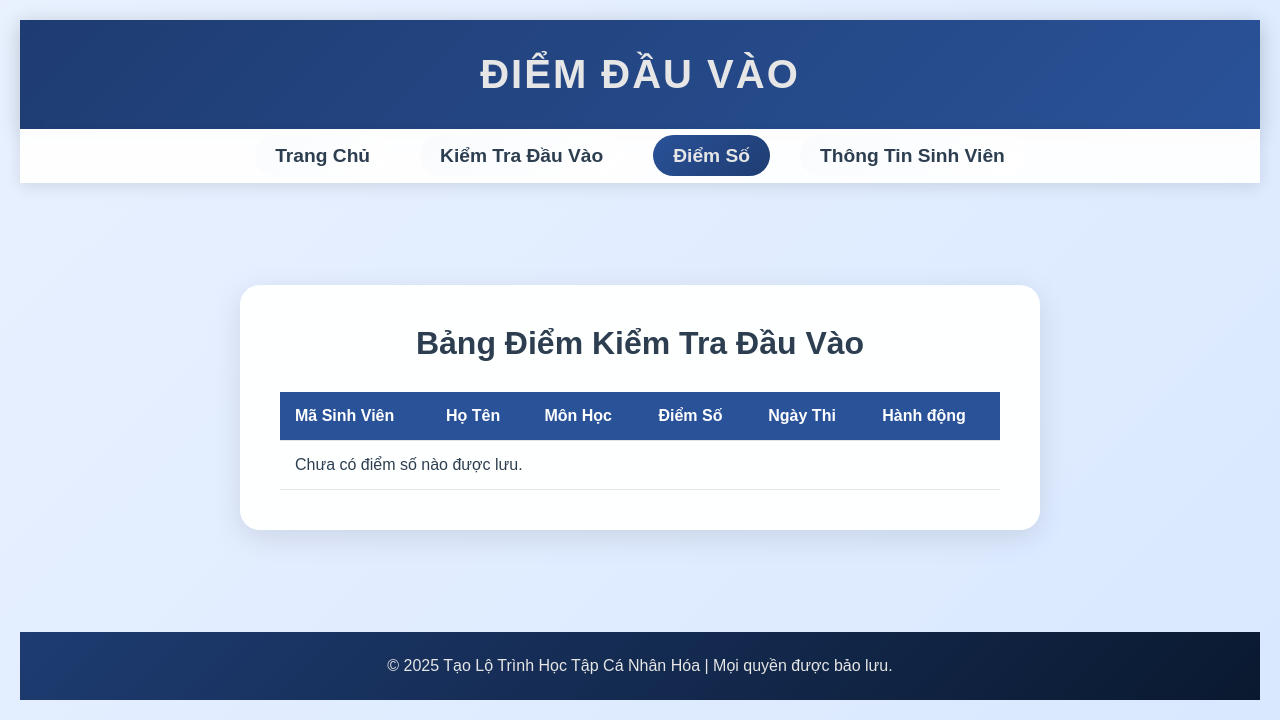
Repository: quankenda73/Prject_Final
Page: INDEX/diemdauvao.html
These files come from the project's save history. The page is drawn as it stood at one moment and after the next save; the edit follows.
The browser window is 1280 px wide. The pictures show the whole page.
The page's requests for data from a server got no answer.

Above is the page before, as saved 2025-03-24 15:34:14.

### INDEX/diemdauvao.html
<!DOCTYPE html>
<html lang="vi">
<head>
    <meta charset="UTF-8">
    <meta name="viewport" content="width=device-width, initial-scale=1.0">
    <title>Điểm Đầu Vào</title>
    <link rel="stylesheet" href="https://cdnjs.cloudflare.com/ajax/libs/font-awesome/6.0.0-beta3/css/all.min.css">
    <style>
        /* Giữ nguyên toàn bộ CSS của bạn */
        * { margin: 0; padding: 0; box-sizing: border-box; font-family: 'Poppins', sans-serif; }
        body { min-height: 100vh; background: linear-gradient(135deg, #e9f1ff, #d9e8ff); display: flex; flex-direction: column; padding: 20px; }
        header { background: linear-gradient(135deg, #1e3c72, #2a5298); color: #e6e6e6; padding: 2rem 0; text-align: center; box-shadow: 0 4px 20px rgba(0, 0, 0, 0.2); }
        header h1 { font-size: 2.5rem; text-transform: uppercase; letter-spacing: 2px; }
        nav { background: rgba(255, 255, 255, 0.95); padding: 1rem 0; box-shadow: 0 4px 15px rgba(0, 0, 0, 0.1); text-align: center; }
        .nav-list { list-style: none; display: flex; justify-content: center; gap: 30px; }
        .nav-list li a { color: #2c3e50; text-decoration: none; font-weight: 600; font-size: 1.2rem; padding: 10px 20px; border-radius: 25px; transition: all 0.3s ease; background: linear-gradient(135deg, #f9fbfd, #ffffff); }
        .nav-list li a:hover, .nav-list li a.active { background: linear-gradient(135deg, #2a5298, #1e3c72); color: #e6e6e6; }
        main { flex: 1; display: flex; justify-content: center; align-items: center; padding: 40px 20px; }
        .scores-container { width: 100%; max-width: 800px; background: rgba(255, 255, 255, 0.98); padding: 40px; border-radius: 20px; box-shadow: 0 8px 30px rgba(0, 0, 0, 0.1); }
        h2 { color: #2c3e50; font-size: 2rem; text-align: center; margin-bottom: 30px; }
        table { width: 100%; border-collapse: collapse; margin-top: 20px; }
        th, td { padding: 15px; text-align: left; border-bottom: 1px solid #dfe6e9; }
        th { background: #2a5298; color: white; font-weight: 600; }
        td { color: #2c3e50; }
        tr:nth-child(even) { background: #f8fafc; }
        tr:hover { background: #e6f0fa; }
        .delete-icon { color: #e74c3c; cursor: pointer; font-size: 1.2rem; transition: transform 0.3s ease, color 0.3s ease; }
        .delete-icon:hover { color: #c0392b; transform: scale(1.2); }
        footer { text-align: center; padding: 25px 0; background: linear-gradient(135deg, #1e3c72, #0a192f); color: #e6e6e6; }
        @media (max-width: 768px) { .scores-container { padding: 25px; } h2 { font-size: 1.8rem; } th, td { padding: 10px; font-size: 0.9rem; } }
    </style>
</head>
<body>
<header>
    <h1>Điểm Đầu Vào</h1>
</header>
<nav>
    <ul class="nav-list">
        <li><a href="/home">Trang Chủ</a></li>
        <li><a href="/input-test">Kiểm Tra Đầu Vào</a></li>
        <li><a href="/diemdauvao" class="active">Điểm Số</a></li>
        <li><a href="/student-info">Thông Tin Sinh Viên</a></li>
    </ul>
</nav>
<main>
    <div class="scores-container">
        <h2>Bảng Điểm Kiểm Tra Đầu Vào</h2>
        <table id="scoresTable">
            <thead>
                <tr>
                    <th>Mã Sinh Viên</th>
                    <th>Họ Tên</th>
                    <th>Môn Học</th>
                    <th>Điểm Số</th>
                    <th>Ngày Thi</th>
                    <th>Hành động</th>
                </tr>
            </thead>
            <tbody id="scoresBody"></tbody>
        </table>
    </div>
</main>
<footer>
    <p>© 2025 Tạo Lộ Trình Học Tập Cá Nhân Hóa | Mọi quyền được bảo lưu.</p>
</footer>

<script>
document.addEventListener("DOMContentLoaded", async function() {
    const urlParams = new URLSearchParams(window.location.search);
    let studentId = urlParams.get('studentId');
    const tbody = document.querySelector('#scoresBody');

    let currentStudent;
    try {
        currentStudent = JSON.parse(localStorage.getItem('currentStudent'));
    } catch (error) {
        console.error('Error parsing currentStudent from localStorage:', error);
    }

    if (!studentId && currentStudent) {
        studentId = currentStudent.studentId;
    }

    let allScores;
    try {
        allScores = JSON.parse(localStorage.getItem('allScores')) || {};
    } catch (error) {
        console.error('Error parsing allScores from localStorage:', error);
        allScores = {};
    }

    if (studentId && !Array.isArray(allScores[studentId])) {
        allScores[studentId] = [];
    }

    async function displayScores(selectedStudentId = null) {
        tbody.innerHTML = '<tr><td colspan="6">Đang tải dữ liệu...</td></tr>';

        try {
            const response = await fetch(`http://localhost:3000/api/scores${selectedStudentId ? `?studentId=${selectedStudentId}` : ''}`, {
                method: 'GET',
                headers: { 'Content-Type': 'application/json' }
            });

            if (!response.ok) throw new Error('Không thể lấy điểm từ server');

            const data = await response.json();
            const scores = data.scores;

            if (scores && scores.length > 0) {
                scores.forEach(serverScore => {
                    if (!allScores[serverScore.studentId]) {
                        allScores[serverScore.studentId] = [];
                    }
                    const existingScore = allScores[serverScore.studentId].find(s => s._id === serverScore._id);
                    if (!existingScore) {
                        allScores[serverScore.studentId].push(serverScore);
                    }
                });
                localStorage.setItem('allScores', JSON.stringify(allScores));
            }
        } catch (error) {
            console.error('Lỗi khi lấy từ server:', error);
            // Nếu không có server, tiếp tục dùng dữ liệu từ localStorage
        }

        // Thêm latestScore vào allScores nếu có
        try {
            const latestScore = JSON.parse(localStorage.getItem('latestScore'));
            if (latestScore) {
                const sid = latestScore.studentId;
                if (!allScores[sid]) {
                    allScores[sid] = [];
                }
                const existingScore = allScores[sid].find(score => score.date === latestScore.date && score.subject === latestScore.subject);
                if (!existingScore) {
                    latestScore._id = latestScore._id || 'local_' + Date.now();
                    allScores[sid].push(latestScore);
                    localStorage.setItem('allScores', JSON.stringify(allScores));
                }
                // Chỉ xóa latestScore sau khi chắc chắn nó đã được lưu vào allScores
                localStorage.removeItem('latestScore');
            }
        } catch (error) {
            console.error('Error handling latestScore from localStorage:', error);
        }

        // Hiển thị điểm số
        tbody.innerHTML = '';
        if (selectedStudentId) {
            const filteredScores = allScores[selectedStudentId] || [];
            displayStudentScores(filteredScores, selectedStudentId);
        } else {
            let hasData = false;
            for (const sid in allScores) {
                if (allScores[sid].length > 0) {
                    displayStudentScores(allScores[sid], sid);
                    hasData = true;
                }
            }
            if (!hasData) {
                tbody.innerHTML = '<tr><td colspan="6">Chưa có điểm số nào được lưu.</td></tr>';
            }
        }
    }

    function displayStudentScores(scores, studentId) {
        const subjectMap = { 'math': 'Toán', 'literature': 'Ngữ Văn', 'physics': 'Vật Lý', 'english': 'Tiếng Anh', 'chemistry': 'Hóa Học' };
        scores.forEach(score => {
            const row = document.createElement('tr');
            row.innerHTML = `
                <td>${score.studentId}</td>
                <td>${score.name}</td>
                <td>${subjectMap[score.subject] || score.subject}</td>
                <td>${score.score}</td>
                <td>${score.date}</td>
                <td>
                    <i class="fas fa-trash-alt delete-icon" title="Xóa" data-id="${score._id}" data-student-id="${studentId}"></i>
                </td>
            `;
            tbody.appendChild(row);

            row.querySelector('.delete-icon').addEventListener('click', () => deleteScore(score._id, studentId));
        });
    }

    async function deleteScore(scoreId, studentId) {
        if (confirm("Bạn có chắc chắn muốn xóa điểm số này không?")) {
            try {
                const response = await fetch(`http://localhost:3000/api/scores/${scoreId}`, {
                    method: 'DELETE',
                    headers: { 'Content-Type': 'application/json' }
                });

                if (!response.ok) throw new Error('Không thể xóa điểm số từ server');

                const result = await response.json();
                alert(result.message);
            } catch (error) {
                console.error('Lỗi khi xóa từ server:', error);
            } finally {
                allScores[studentId] = allScores[studentId].filter(score => score._id !== scoreId);
                localStorage.setItem('allScores', JSON.stringify(allScores));
                displayScores(studentId);
            }
        }
    }

    // Gọi hàm hiển thị điểm số khi tải trang
    displayScores(studentId || null);
});
</script>
</body>
</html>

After the next save:
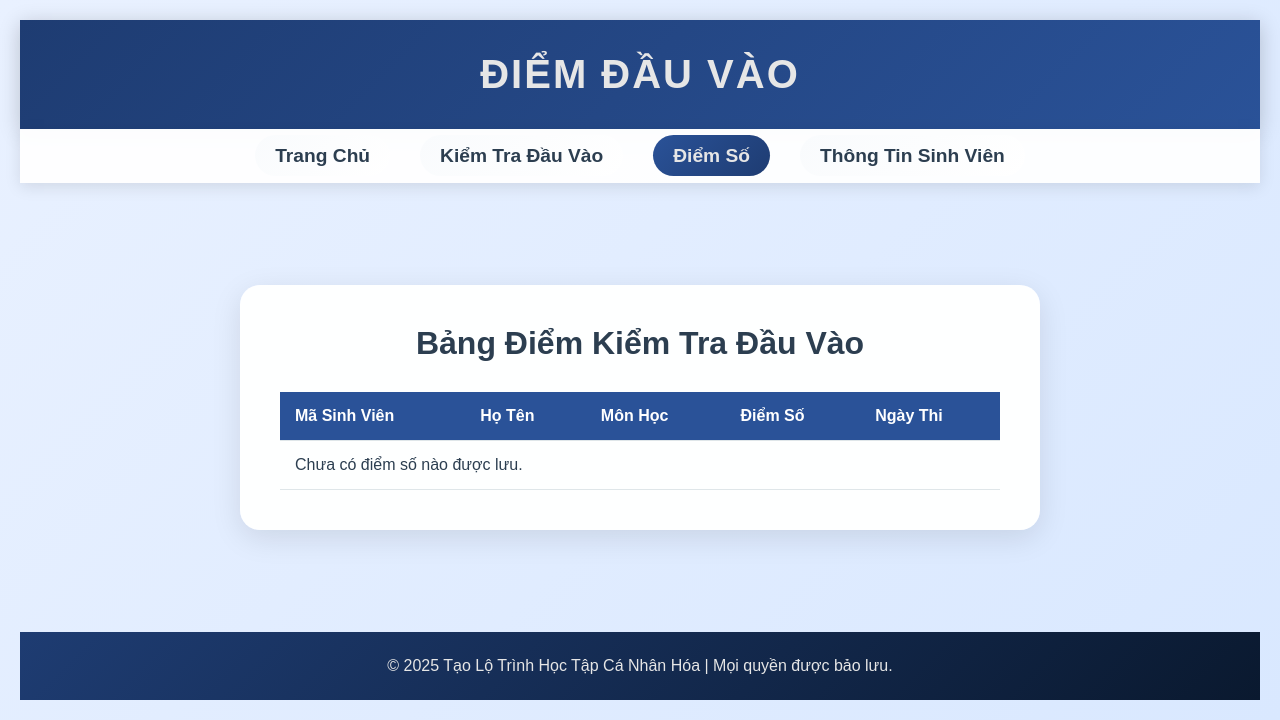
Saved 5 min 29 s later.
--- a/INDEX/diemdauvao.html
+++ b/INDEX/diemdauvao.html
@@ -6,7 +6,6 @@
     <title>Điểm Đầu Vào</title>
     <link rel="stylesheet" href="https://cdnjs.cloudflare.com/ajax/libs/font-awesome/6.0.0-beta3/css/all.min.css">
     <style>
-        /* Giữ nguyên toàn bộ CSS của bạn */
         * { margin: 0; padding: 0; box-sizing: border-box; font-family: 'Poppins', sans-serif; }
         body { min-height: 100vh; background: linear-gradient(135deg, #e9f1ff, #d9e8ff); display: flex; flex-direction: column; padding: 20px; }
         header { background: linear-gradient(135deg, #1e3c72, #2a5298); color: #e6e6e6; padding: 2rem 0; text-align: center; box-shadow: 0 4px 20px rgba(0, 0, 0, 0.2); }
@@ -24,8 +23,6 @@
         td { color: #2c3e50; }
         tr:nth-child(even) { background: #f8fafc; }
         tr:hover { background: #e6f0fa; }
-        .delete-icon { color: #e74c3c; cursor: pointer; font-size: 1.2rem; transition: transform 0.3s ease, color 0.3s ease; }
-        .delete-icon:hover { color: #c0392b; transform: scale(1.2); }
         footer { text-align: center; padding: 25px 0; background: linear-gradient(135deg, #1e3c72, #0a192f); color: #e6e6e6; }
         @media (max-width: 768px) { .scores-container { padding: 25px; } h2 { font-size: 1.8rem; } th, td { padding: 10px; font-size: 0.9rem; } }
     </style>
@@ -53,7 +50,6 @@
                     <th>Môn Học</th>
                     <th>Điểm Số</th>
                     <th>Ngày Thi</th>
-                    <th>Hành động</th>
                 </tr>
             </thead>
             <tbody id="scoresBody"></tbody>
@@ -94,7 +90,7 @@ document.addEventListener("DOMContentLoaded", async function() {
     }
 
     async function displayScores(selectedStudentId = null) {
-        tbody.innerHTML = '<tr><td colspan="6">Đang tải dữ liệu...</td></tr>';
+        tbody.innerHTML = '<tr><td colspan="5">Đang tải dữ liệu...</td></tr>';
 
         try {
             const response = await fetch(`http://localhost:3000/api/scores${selectedStudentId ? `?studentId=${selectedStudentId}` : ''}`, {
@@ -159,7 +155,7 @@ document.addEventListener("DOMContentLoaded", async function() {
                 }
             }
             if (!hasData) {
-                tbody.innerHTML = '<tr><td colspan="6">Chưa có điểm số nào được lưu.</td></tr>';
+                tbody.innerHTML = '<tr><td colspan="5">Chưa có điểm số nào được lưu.</td></tr>';
             }
         }
     }
@@ -174,36 +170,9 @@ document.addEventListener("DOMContentLoaded", async function() {
                 <td>${subjectMap[score.subject] || score.subject}</td>
                 <td>${score.score}</td>
                 <td>${score.date}</td>
-                <td>
-                    <i class="fas fa-trash-alt delete-icon" title="Xóa" data-id="${score._id}" data-student-id="${studentId}"></i>
-                </td>
             `;
             tbody.appendChild(row);
-
-            row.querySelector('.delete-icon').addEventListener('click', () => deleteScore(score._id, studentId));
         });
-    }
-
-    async function deleteScore(scoreId, studentId) {
-        if (confirm("Bạn có chắc chắn muốn xóa điểm số này không?")) {
-            try {
-                const response = await fetch(`http://localhost:3000/api/scores/${scoreId}`, {
-                    method: 'DELETE',
-                    headers: { 'Content-Type': 'application/json' }
-                });
-
-                if (!response.ok) throw new Error('Không thể xóa điểm số từ server');
-
-                const result = await response.json();
-                alert(result.message);
-            } catch (error) {
-                console.error('Lỗi khi xóa từ server:', error);
-            } finally {
-                allScores[studentId] = allScores[studentId].filter(score => score._id !== scoreId);
-                localStorage.setItem('allScores', JSON.stringify(allScores));
-                displayScores(studentId);
-            }
-        }
     }
 
     // Gọi hàm hiển thị điểm số khi tải trang
